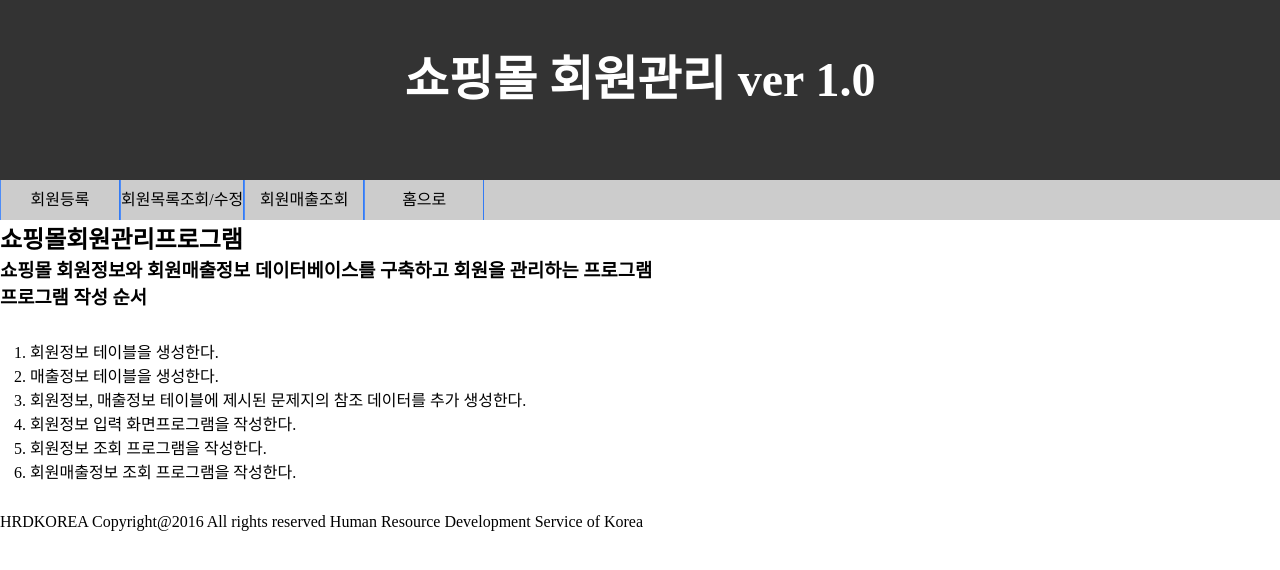
Repository: jsky1234/NCS
Page: http://localhost/HRD_1/admin.jsp
These files come from the project's save history. The page is drawn as it stood at one moment and after the next save; the edit follows.
The browser window is 1280 px wide. The pictures show the whole page.
The page is served by Tomcat 9. Other server files are loaded and not shown.

Above is the page before, as saved 2020-11-09 02:25:01.

### ncs1/HRD_1/WebContent/admin.jsp
<%@ page language="java" contentType="text/html; charset=UTF-8"
    pageEncoding="UTF-8"%>
<!DOCTYPE html>
<html>
<head>
<meta charset="UTF-8">
<title>관리자 모드로 로그인 중</title>
<style>
* { margin: 0; padding: 0; }
body, html { width: 100%; height: 100%; }
ul { list-style : none; }
a { text-decoration: none; }

button, label, input { outline: 0; border: 0; user-select: none; }
img { border: 0; }
ol { padding: 30px; }
.hd { clear: both; min-height: 180px; background-color: #333; }
.tit { font-size: 48px; text-align: center; line-height: 140px; color: #fff; padding-top: 10px;}
.gnb { clear: both; height: 40px; background-color: #cccccc; }
.gnb li { float: left; min-width: 120px; width: auto; }
.gnb a { display: block; text-align: center; line-height: 40px; height: 40px; color: #000000; border-left: 1px solid #4d8cf7; border-right: 1px solid #337bf5; }
</style>
</head>
<body>
<header class="hd">
	<h2 class="tit">쇼핑몰 회원관리 ver 1.0</h2>
</header>
<nav class="gnb">
	<ul>
		<li><a href="">회원등록</a></li>
		<li><a href="">회원목록조회/수정</a></li>
		<li><a href="">회원매출조회</a></li>
		<li><a href="">홈으로</a></li>
	</ul>
</nav>
<main class="content">
	<section class="page" id="page1">
		<h2>쇼핑몰회원관리프로그램</h2>
		<div class="main_help">
			<h3 class="item_tit">쇼핑몰 회원정보와 회원매출정보 데이터베이스를 구축하고 회원을 관리하는 프로그램</h3>
			<h3 class="item_tit">프로그램 작성 순서</h3>
			<ol>
				<li>회원정보 테이블을 생성한다.</li>
				<li>매출정보 테이블을 생성한다.</li>
				<li>회원정보, 매출정보 테이블에 제시된 문제지의 참조 데이터를 추가 생성한다.</li>
				<li>회원정보 입력 화면프로그램을 작성한다.</li>
				<li>회원정보 조회 프로그램을 작성한다.</li>
				<li>회원매출정보 조회 프로그램을 작성한다.</li>
			</ol>
		</div>
	</section>
</main>
<footer class="ft">
	<div class="ft_wrap">
		<div class="admin_copy">
			<p class="copyright">HRDKOREA Copyright@2016 All rights reserved Human Resource Development Service of Korea</p>
		</div>
	</div>
</footer>
</body>
</html>

After the next save:
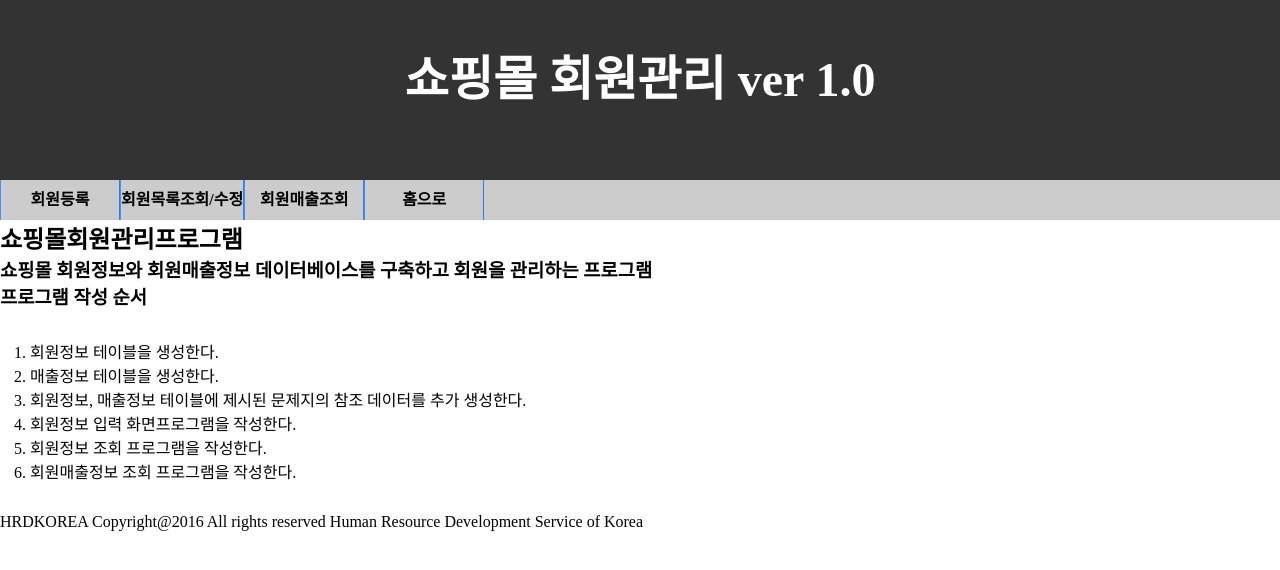
Saved 17 s later.
--- a/ncs1/HRD_1/WebContent/admin.jsp
+++ b/ncs1/HRD_1/WebContent/admin.jsp
@@ -18,7 +18,7 @@ ol { padding: 30px; }
 .tit { font-size: 48px; text-align: center; line-height: 140px; color: #fff; padding-top: 10px;}
 .gnb { clear: both; height: 40px; background-color: #cccccc; }
 .gnb li { float: left; min-width: 120px; width: auto; }
-.gnb a { display: block; text-align: center; line-height: 40px; height: 40px; color: #000000; border-left: 1px solid #4d8cf7; border-right: 1px solid #337bf5; }
+.gnb a { display: block; text-align: center; line-height: 40px; height: 40px; color: #000000; font-weight: 700; border-left: 1px solid #4d8cf7; border-right: 1px solid #337bf5; }
 </style>
 </head>
 <body>
